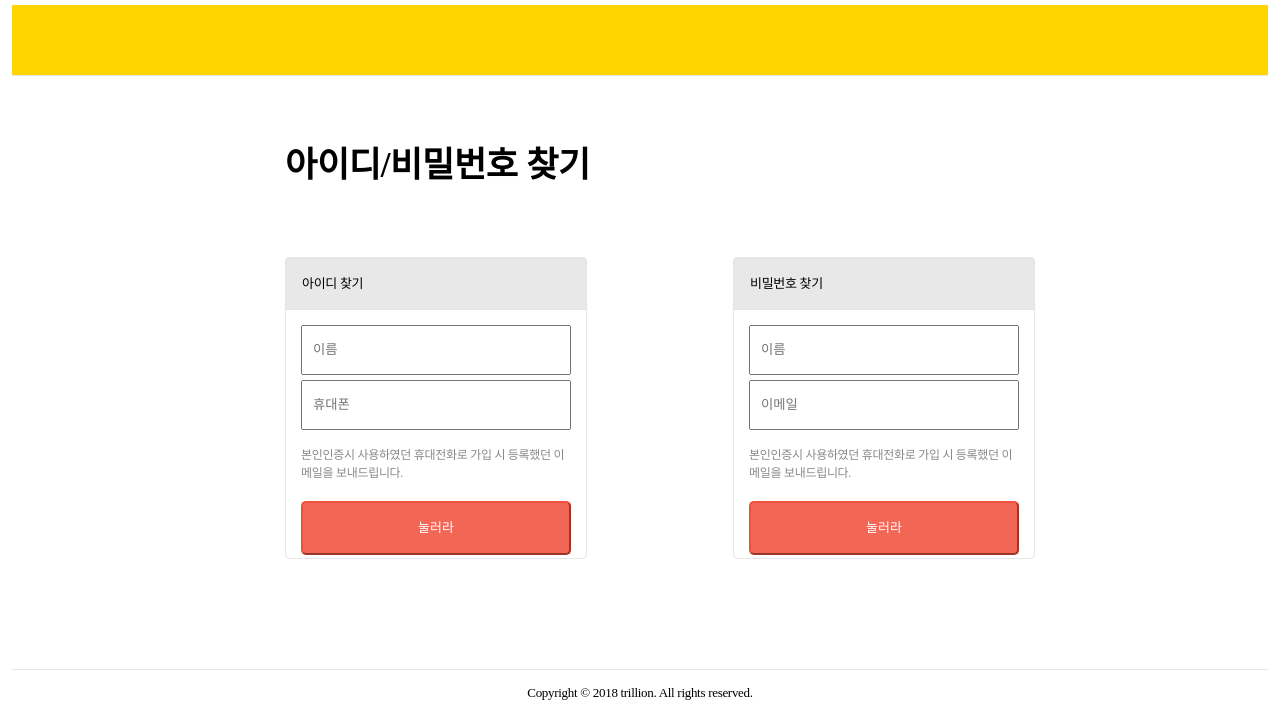
Repository: agheha/trillion
Page: YH/study_project/html/find.html
These files come from the project's save history. The page is drawn as it stood at one moment and after the next save; the edit follows.
The browser window is 1280 px wide. The pictures show the whole page.

Above is the page before, as saved 2019-09-05 17:54:33.

### YH/study_project/html/find.html
<!DOCTYPE html>
<html lang="en">
<head>
    <meta charset="UTF-8">
    <meta name="viewport" content="width=device-width, initial-scale=1.0">
    <meta http-equiv="X-UA-Compatible" content="ie=edge">
    <title>Document</title>
    <link rel="stylesheet" href="./../css/find.css">
</head>
<body>
    <fieldset>
        <form action="">
            <div class="nav"></div>
            <div class="main">
                <div class="title">
                    아이디/비밀번호 찾기
                </div>
                <div class="find">
                    <div class="find-item">
                        <div class="find-item-title">
                            아이디 찾기
                        </div>
                        <div class="find-item-content">
                            <div class="find-item-inputbox">
                                <input type="text" placeholder="이름">
                            </div>
                            <div class="find-item-inputbox">
                                <input type="text" placeholder="휴대폰">
                            </div>
                            <div class="find-item-msg">
                                본인인증시 사용하였던 휴대전화로 가입 시 등록했던 이메일을 보내드립니다.
                            </div>
                            <button class="find-item-button">
                                눌러라
                            </button>
                        </div>
                    </div>
                    <div class="find-item">
                        <div class="find-item-title">
                            비밀번호 찾기
                        </div>
                        <div class="find-item-content">
                            <div class="find-item-inputbox">
                                <input type="text" placeholder="이름">
                            </div>
                            <div class="find-item-inputbox">
                                <input type="text" placeholder="이메일">
                            </div>
                            <div class="find-item-msg">
                                본인인증시 사용하였던 휴대전화로 가입 시 등록했던 이메일을 보내드립니다.
                            </div>
                            <button class="find-item-button">
                                눌러라
                            </button>
                        </div>
                    </div>
                </div>
            </div>
            <div class="foot">Copyright © 2018 trillion. All rights reserved.</div>
        </form>
    </fieldset>
</body>
</html>

### YH/study_project/css/find.css
html, body {
    margin : 0 0;
    padding : 0 0;
}
fieldset {
    border : none;
}
.nav {
    background: #FFD400;
    height : 70px;
    border-bottom: 1px solid #E6E6E6;
    width: 100%;
}

.title {
    font-size : 35px;
    font-weight: bold;
    margin: 20px;
    width : 100%;
}
.main {
    width : 750px;
    margin : 0 auto;
    margin-top : 60px;
}
.find {
    width : 100%;
    display: flex;
    justify-content: space-between;
    padding : 20px;
    margin-top: 50px;
}
.find-item {
    width: 300px;
    height: 300px;
    border : 1px solid #E6E6E6;
    border-radius: 4px;
    text-align: center;

}
.find-item-title {
    font-size: 1.0rem;
    background: #E8E8E8;
    border : 1px solid #E6E6E6;
    height: 50px;
    line-height: 50px;
    text-align: left;
    padding-left: 15px;
}
.find-item-msg {
    font-size : 0.8rem;
}
.find-item-button {
    color : #fff;
    background-color : #f26656;
    background-image : none;
    border-color : #f0513e;
    padding: 15px 15px;
    font-size: 13px;
    line-height: 1.5438;
    border-radius: 5px;
    width: 100%;
}
.find-item-inputbox {
    width: 100%;
    height: 50px;
    padding-bottom: 5px;
}
input {
    width: 100%;
    height: 50px;
    box-sizing: border-box;
    padding : 10px;
    color : #888;
}
.find-item-msg {
    padding-top : 10px;
    padding-bottom: 20px;
    text-align: left;
    color : #888;
    font-size: 12px;

}
.find-item-content {
    padding : 15px;

}
.foot {
    border-top: 1px solid #E6E6E6;
    margin-top : 90px;
    height: 50px;
    width: 100%;
    text-align: center;
    line-height: 45px;
}
html {
    letter-spacing: -.3px;
    font-size: 13px;
    font-family: "NotoSansKR Regular" !important;
}

After the next save:
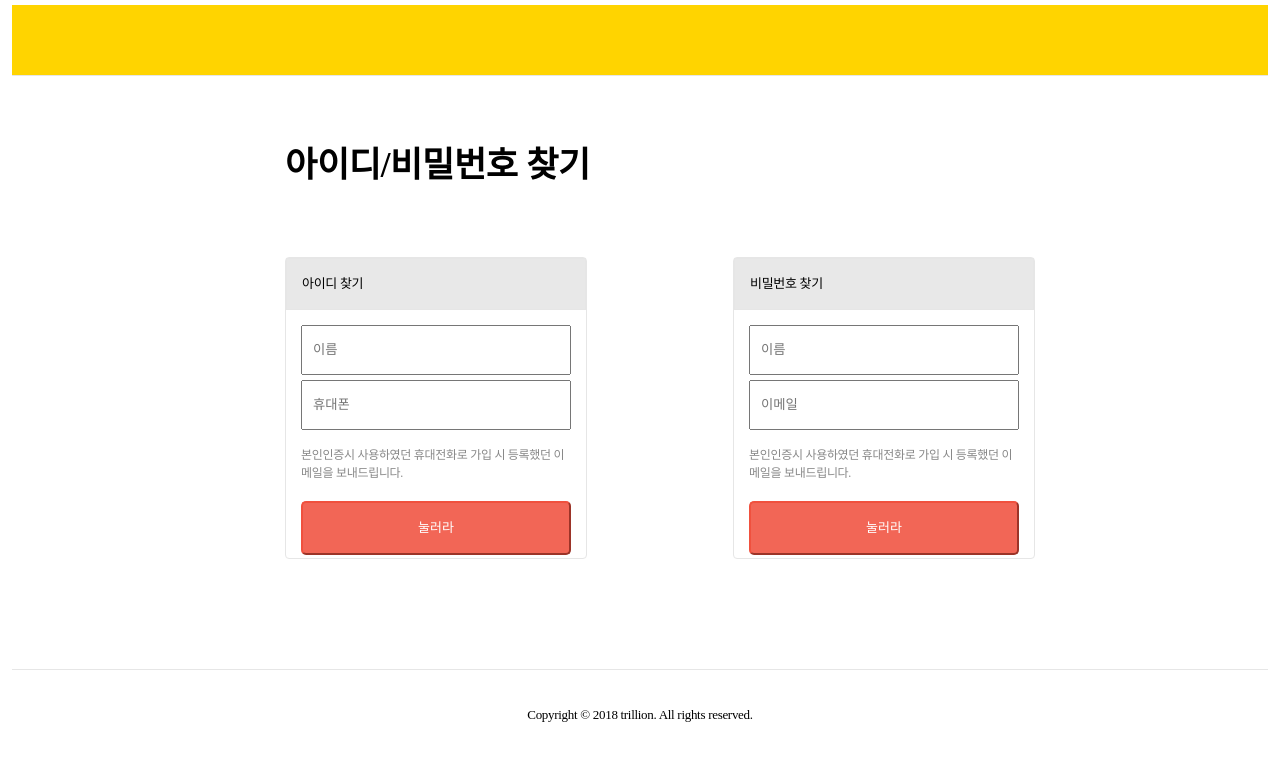
Saved 4 s later.
--- a/YH/study_project/css/find.css
+++ b/YH/study_project/css/find.css
@@ -91,7 +91,7 @@ input {
     height: 50px;
     width: 100%;
     text-align: center;
-    line-height: 45px;
+    line-height: 90px;
 }
 html {
     letter-spacing: -.3px;
